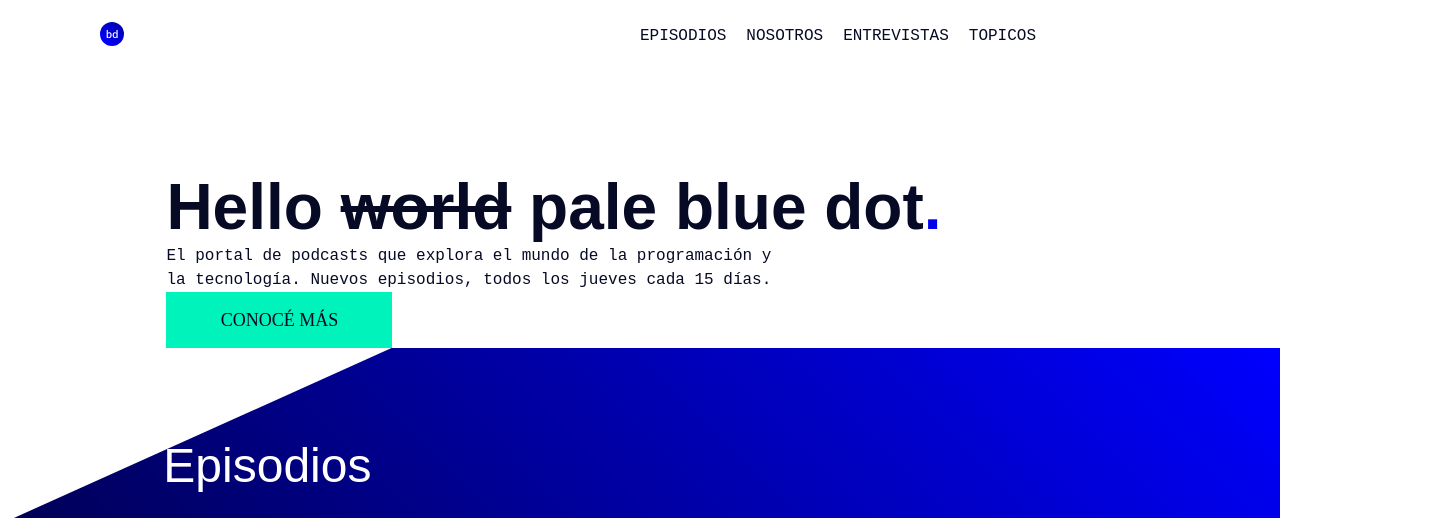
Repository: FedeGA93/podcast
Page: index.html
An editor plug-in stored every save of this project. The page is shown before and after a run of saves, followed by the edit.
The browser window is 1280 px wide. The page is 1440 px wide, so the pictures cover 1440 px, including what lies to the right of the window. The pictures show the part of the page from y = 0 to 518 px (the page is 3205 px tall).
Pictures or frames that could not be fetched are drawn as grey boxes. Some web fonts or font styles are not loaded; a fallback is used. Some web libraries are served in a nearby version.

Above is the page before, as saved 2019-11-26 19:06:19.

After the next 5 saves:
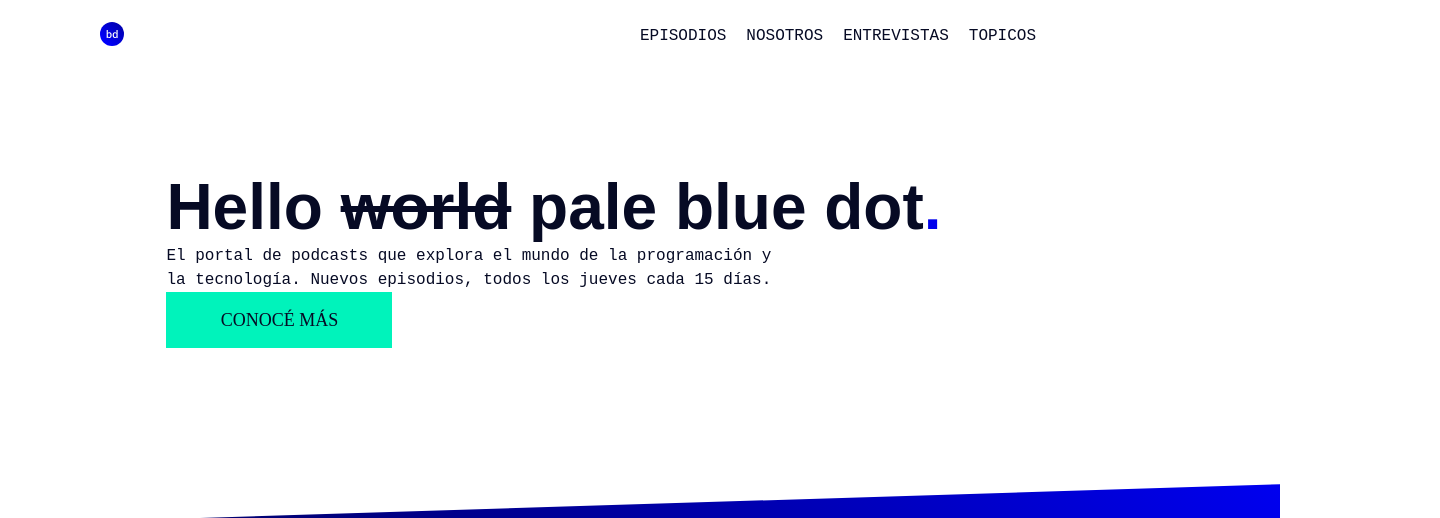
The 5 saves are shown as one change because they came seconds apart.
The last was saved 13 s later.
--- a/index.html
+++ b/index.html
@@ -60,7 +60,7 @@
     <section>
         <div class="fondo-azul-gradiente sec">
             <svg xmlns="http://www.w3.org/2000/svg" viewBox="0 1 100 100" preserveAspectRatio="none">
-                <polygon fill="white" points="0,0 100,0 0,45" />
+                <polygon fill="white" points="0,0 1440,0 0,45" />
             </svg>
           <!--   <div class="corteuno"></div> -->
             <div class="cortedos"></div>
